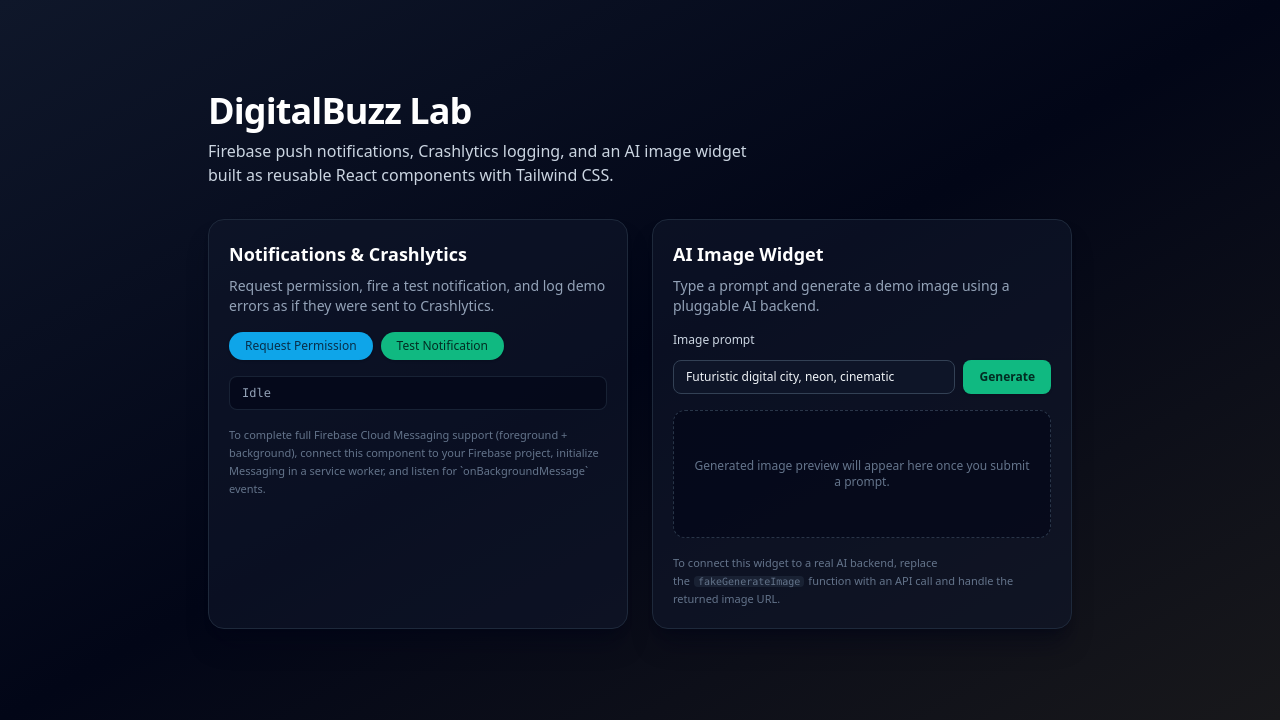
Repository: Akshad03/widget-dashboard
Page: /
These files come from the project's save history. The page is drawn as it stood at one moment and after the next save; the edit follows.
The browser window is 1280 px wide. The pictures show the whole page.
The project was rebuilt for these pictures with package versions that can differ from the ones it lists, and the page was loaded fresh each time.

Above is the page before, as saved 2025-12-07 20:04:15.

### src/index.css
@tailwind base;
@tailwind components;
@tailwind utilities;

body {
  @apply bg-slate-950 text-slate-50 antialiased;
}

### src/App.js
import React from 'react';
import './App.css';
import NotificationDemo from './components/NotificationDemo';
import AiImageWidget from './components/AiImageWidget';

function App() {
  return (
    <div className="min-h-screen flex items-center justify-center bg-gradient-to-br from-slate-900 via-slate-950 to-zinc-900">
      <div className="max-w-4xl w-full px-4 py-8">
        <h1 className="text-3xl md:text-4xl font-semibold tracking-tight text-white mb-2">
          DigitalBuzz Lab
        </h1>
        <p className="text-slate-300 mb-8 max-w-xl">
          Firebase push notifications, Crashlytics logging, and an AI image widget
          built as reusable React components with Tailwind CSS.
        </p>

        {/* Components will be wired here */}
        <div className="grid md:grid-cols-2 gap-6">
          <div className="bg-slate-900/60 border border-slate-800 rounded-2xl p-5 shadow-xl shadow-slate-950/40">
            <h2 className="text-lg font-semibold text-white mb-2">Notifications & Crashlytics</h2>
            <p className="text-sm text-slate-400 mb-4">
              Request permission, fire a test notification, and log demo errors
              as if they were sent to Crashlytics.
            </p>
            <NotificationDemo />
          </div>

          <div className="bg-slate-900/60 border border-slate-800 rounded-2xl p-5 shadow-xl shadow-slate-950/40">
            <h2 className="text-lg font-semibold text-white mb-2">AI Image Widget</h2>
            <p className="text-sm text-slate-400 mb-4">
              Type a prompt and generate a demo image using a pluggable
              AI backend.
            </p>
            <AiImageWidget />
          </div>
        </div>
      </div>
    </div>
  );
}

export default App;

### src/serviceWorkerRegistration.js
// This optional code is used to register a service worker.
// register() is not called by default.

// This lets the app load faster on subsequent visits in production, and gives
// it offline capabilities. However, it also means that developers (and users)
// will only see deployed updates on subsequent visits to a page, after all the
// existing tabs open on the page have been closed, since previously cached
// resources are updated in the background.

// To learn more about the benefits of this model and instructions on how to
// opt-in, read https://cra.link/PWA

const isLocalhost = Boolean(
  window.location.hostname === 'localhost' ||
    // [::1] is the IPv6 localhost address.
    window.location.hostname === '[::1]' ||
    // 127.0.0.0/8 are considered localhost for IPv4.
    window.location.hostname.match(/^127(?:\.(?:25[0-5]|2[0-4][0-9]|[01]?[0-9][0-9]?)){3}$/)
);

export function register(config) {
  if (process.env.NODE_ENV === 'production' && 'serviceWorker' in navigator) {
    // The URL constructor is available in all browsers that support SW.
    const publicUrl = new URL(process.env.PUBLIC_URL, window.location.href);
    if (publicUrl.origin !== window.location.origin) {
      // Our service worker won't work if PUBLIC_URL is on a different origin
      // from what our page is served on. This might happen if a CDN is used to
      // serve assets; see https://github.com/facebook/create-react-app/issues/2374
      return;
    }

    window.addEventListener('load', () => {
      const swUrl = `${process.env.PUBLIC_URL}/service-worker.js`;

      if (isLocalhost) {
        // This is running on localhost. Let's check if a service worker still exists or not.
        checkValidServiceWorker(swUrl, config);

        // Add some additional logging to localhost, pointing developers to the
        // service worker/PWA documentation.
        navigator.serviceWorker.ready.then(() => {
          console.log(
            'This web app is being served cache-first by a service ' +
              'worker. To learn more, visit https://cra.link/PWA'
          );
        });
      } else {
        // Is not localhost. Just register service worker
        registerValidSW(swUrl, config);
      }
    });
  }
}

function registerValidSW(swUrl, config) {
  navigator.serviceWorker
    .register(swUrl)
    .then((registration) => {
      registration.onupdatefound = () => {
        const installingWorker = registration.installing;
        if (installingWorker == null) {
          return;
        }
        installingWorker.onstatechange = () => {
          if (installingWorker.state === 'installed') {
            if (navigator.serviceWorker.controller) {
              // At this point, the updated precached content has been fetched,
              // but the previous service worker will still serve the older
              // content until all client tabs are closed.
              console.log(
                'New content is available and will be used when all ' +
                  'tabs for this page are closed. See https://cra.link/PWA.'
              );

              // Execute callback
              if (config && config.onUpdate) {
                config.onUpdate(registration);
              }
            } else {
              // At this point, everything has been precached.
              // It's the perfect time to display a
              // "Content is cached for offline use." message.
              console.log('Content is cached for offline use.');

              // Execute callback
              if (config && config.onSuccess) {
                config.onSuccess(registration);
              }
            }
          }
        };
      };
    })
    .catch((error) => {
      console.error('Error during service worker registration:', error);
    });
}

function checkValidServiceWorker(swUrl, config) {
  // Check if the service worker can be found. If it can't reload the page.
  fetch(swUrl, {
    headers: { 'Service-Worker': 'script' },
  })
    .then((response) => {
      // Ensure service worker exists, and that we really are getting a JS file.
      const contentType = response.headers.get('content-type');
      if (
        response.status === 404 ||
        (contentType != null && contentType.indexOf('javascript') === -1)
      ) {
        // No service worker found. Probably a different app. Reload the page.
        navigator.serviceWorker.ready.then((registration) => {
          registration.unregister().then(() => {
            window.location.reload();
          });
        });
      } else {
        // Service worker found. Proceed as normal.
        registerValidSW(swUrl, config);
      }
    })
    .catch(() => {
      console.log('No internet connection found. App is running in offline mode.');
    });
}

export function unregister() {
  if ('serviceWorker' in navigator) {
    navigator.serviceWorker.ready
      .then((registration) => {
        registration.unregister();
      })
      .catch((error) => {
        console.error(error.message);
      });
  }
}

### src/components/NotificationDemo.js
import React, { useCallback, useEffect, useState } from 'react';
import { logCrashlyticsError } from '../firebaseConfig';

// This demo focuses on the React + UI flow. To turn this into a
// fully working FCM integration, wire it to the Firebase SDK and
// your service worker once you have real credentials.

function hasNotificationSupport() {
  return typeof window !== 'undefined' && 'Notification' in window;
}

const NotificationDemo = () => {
  const [permission, setPermission] = useState(() => {
    if (!hasNotificationSupport()) return 'unsupported';
    return Notification.permission;
  });
  const [status, setStatus] = useState('Idle');

  const requestPermission = useCallback(async () => {
    if (!hasNotificationSupport()) {
      setStatus('Notifications are not supported in this browser.');
      return;
    }

    try {
      setStatus('Requesting notification permission...');
      const result = await Notification.requestPermission();
      setPermission(result);
      setStatus(`Permission status: ${result}`);
    } catch (error) {
      setStatus('Failed to request permission.');
      logCrashlyticsError(error, 'requestPermission');
    }
  }, []);

  const sendTestNotification = useCallback(() => {
    if (!hasNotificationSupport()) {
      setStatus('Notifications are not supported in this browser.');
      return;
    }

    if (permission !== 'granted') {
      setStatus('Permission not granted yet. Please allow notifications first.');
      return;
    }

    try {
      setStatus('Sending test notification...');
      // Foreground demo notification. Background delivery will be handled
      // by a service worker once FCM is fully wired.
      new Notification('DigitalBuzz Test Notification', {
        body: 'This is a demo notification from the React component.',
        icon: '/logo192.png',
      });
      setStatus('Test notification sent. Check your system notification area.');
    } catch (error) {
      setStatus('Failed to send notification.');
      logCrashlyticsError(error, 'sendTestNotification');
    }
  }, [permission]);

  useEffect(() => {
    // Example crash capture for unexpected runtime errors.
    const handleError = (event) => {
      logCrashlyticsError(event.error || event.message, 'window.onerror');
    };

    window.addEventListener('error', handleError);
    return () => window.removeEventListener('error', handleError);
  }, []);

  return (
    <div className="space-y-4">
      <div className="flex flex-wrap gap-2">
        <button
          type="button"
          onClick={requestPermission}
          className="inline-flex items-center rounded-full bg-sky-500 px-4 py-1.5 text-xs font-medium text-sky-950 shadow hover:bg-sky-400 focus-visible:outline-none focus-visible:ring-2 focus-visible:ring-sky-400 focus-visible:ring-offset-2 focus-visible:ring-offset-slate-900 transition-colors"
        >
          Request Permission
        </button>
        <button
          type="button"
          onClick={sendTestNotification}
          className="inline-flex items-center rounded-full bg-emerald-500 px-4 py-1.5 text-xs font-medium text-emerald-950 shadow hover:bg-emerald-400 focus-visible:outline-none focus-visible:ring-2 focus-visible:ring-emerald-400 focus-visible:ring-offset-2 focus-visible:ring-offset-slate-900 transition-colors"
        >
          Test Notification
        </button>
      </div>
      <p className="text-xs font-mono text-slate-400 border border-slate-800/80 rounded-lg px-3 py-2 bg-slate-950/60">
        {status}
      </p>
      <p className="text-[11px] leading-relaxed text-slate-500">
        To complete full Firebase Cloud Messaging support (foreground + background),
        connect this component to your Firebase project, initialize Messaging in
        a service worker, and listen for `onBackgroundMessage` events.
      </p>
    </div>
  );
};

export default NotificationDemo;

### src/components/AiImageWidget.js
import React, { useState } from 'react';

// This widget is API-agnostic so you can plug in any AI image
// provider (OpenAI, Stability, etc.). Replace `fakeGenerateImage` with
// a real API call when you are ready.

async function fakeGenerateImage(prompt) {
  // Simulate latency for demo purposes.
  await new Promise((resolve) => setTimeout(resolve, 1200));

  // Placeholder gradient image using a public pattern from https://picsum.photos
  // Replace this URL with one coming from your real AI backend.
  const encoded = encodeURIComponent(prompt || 'abstract digital art');
  return `https://picsum.photos/seed/${encoded}/512/320`;
}

const AiImageWidget = () => {
  const [prompt, setPrompt] = useState('Futuristic digital city, neon, cinematic');
  const [imageUrl, setImageUrl] = useState(null);
  const [isLoading, setIsLoading] = useState(false);
  const [error, setError] = useState(null);

  const handleGenerate = async (event) => {
    event.preventDefault();
    setError(null);

    if (!prompt.trim()) {
      setError('Please enter a prompt first.');
      return;
    }

    try {
      setIsLoading(true);
      const url = await fakeGenerateImage(prompt.trim());
      setImageUrl(url);
    } catch (err) {
      setError('Failed to generate image. Try again.');
    } finally {
      setIsLoading(false);
    }
  };

  return (
    <div className="space-y-4">
      <form onSubmit={handleGenerate} className="space-y-3">
        <label className="block text-xs font-medium text-slate-300" htmlFor="prompt">
          Image prompt
        </label>
        <div className="flex flex-col sm:flex-row gap-2">
          <input
            id="prompt"
            type="text"
            className="flex-1 rounded-lg border border-slate-700 bg-slate-900/80 px-3 py-2 text-xs text-slate-100 placeholder:text-slate-500 focus:outline-none focus:ring-2 focus:ring-emerald-500/70 focus:border-transparent"
            placeholder="Describe what you want to see..."
            value={prompt}
            onChange={(e) => setPrompt(e.target.value)}
          />
          <button
            type="submit"
            disabled={isLoading}
            className="inline-flex items-center justify-center rounded-lg bg-emerald-500 px-4 py-2 text-xs font-semibold text-emerald-950 shadow hover:bg-emerald-400 disabled:opacity-60 disabled:cursor-not-allowed transition-colors"
          >
            {isLoading ? 'Generating...' : 'Generate'}
          </button>
        </div>
      </form>

      {error && (
        <p className="text-xs text-rose-400">{error}</p>
      )}

      <div className="rounded-xl border border-dashed border-slate-700/80 bg-slate-950/60 flex items-center justify-center min-h-[8rem] overflow-hidden">
        {imageUrl ? (
          <img
            src={imageUrl}
            alt={prompt}
            className="w-full h-full object-cover"
          />
        ) : (
          <p className="text-xs text-slate-500 px-4 text-center">
            Generated image preview will appear here once you submit a prompt.
          </p>
        )}
      </div>

      <p className="text-[11px] leading-relaxed text-slate-500">
        To connect this widget to a real AI backend, replace the
        <code className="mx-1 px-1 rounded bg-slate-800/70 text-[10px]">fakeGenerateImage</code>
        function with an API call and handle the returned image URL.
      </p>
    </div>
  );
};

export default AiImageWidget;

### src/firebaseConfig.js
// Firebase configuration placeholder. Replace with your actual Firebase project settings.
// You can get these from the Firebase console under Project Settings > General > Your apps.

export const firebaseConfig = {
  apiKey: "YOUR_API_KEY",
  authDomain: "YOUR_AUTH_DOMAIN",
  projectId: "YOUR_PROJECT_ID",
  storageBucket: "YOUR_STORAGE_BUCKET",
  messagingSenderId: "YOUR_MESSAGING_SENDER_ID",
  appId: "YOUR_APP_ID",
};

// Small helper to show where Crashlytics logging would go.
export function logCrashlyticsError(error, context) {
  // TODO: Replace this with actual Firebase Crashlytics SDK calls when integrating for real.
  // For now, this keeps the demo self-contained without external keys.
  // Example (once Crashlytics is wired): crashlytics().recordError(error);
  // eslint-disable-next-line no-console
  console.error("[Crashlytics demo]", context || "Unhandled", error);
}

Loaded but not shown: public/index.html (common file); src/index.js (common file); src/reportWebVitals.js (common file); src/App.css (common file); tailwind.config.js (common file)

After the next save:
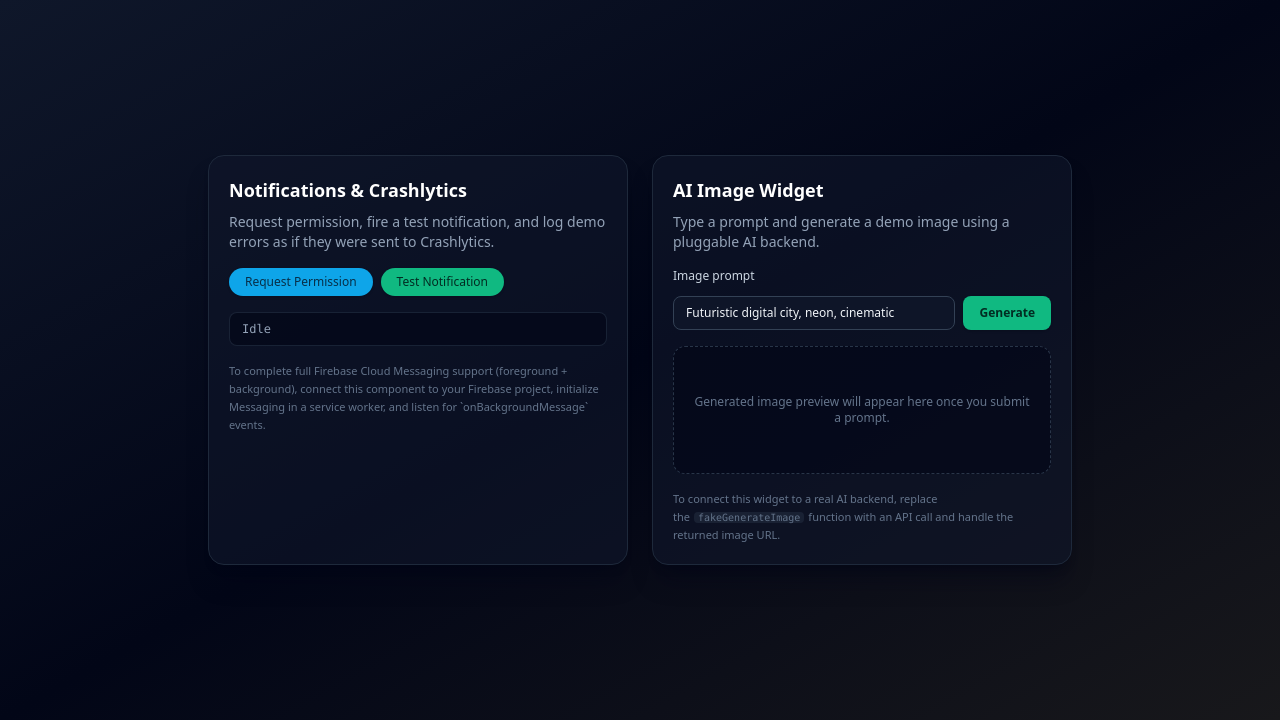
Saved 2 min 28 s later.
--- a/src/App.js
+++ b/src/App.js
@@ -7,13 +7,6 @@
   return (
     <div className="min-h-screen flex items-center justify-center bg-gradient-to-br from-slate-900 via-slate-950 to-zinc-900">
       <div className="max-w-4xl w-full px-4 py-8">
-        <h1 className="text-3xl md:text-4xl font-semibold tracking-tight text-white mb-2">
-          DigitalBuzz Lab
-        </h1>
-        <p className="text-slate-300 mb-8 max-w-xl">
-          Firebase push notifications, Crashlytics logging, and an AI image widget
-          built as reusable React components with Tailwind CSS.
-        </p>
 
         {/* Components will be wired here */}
         <div className="grid md:grid-cols-2 gap-6">
